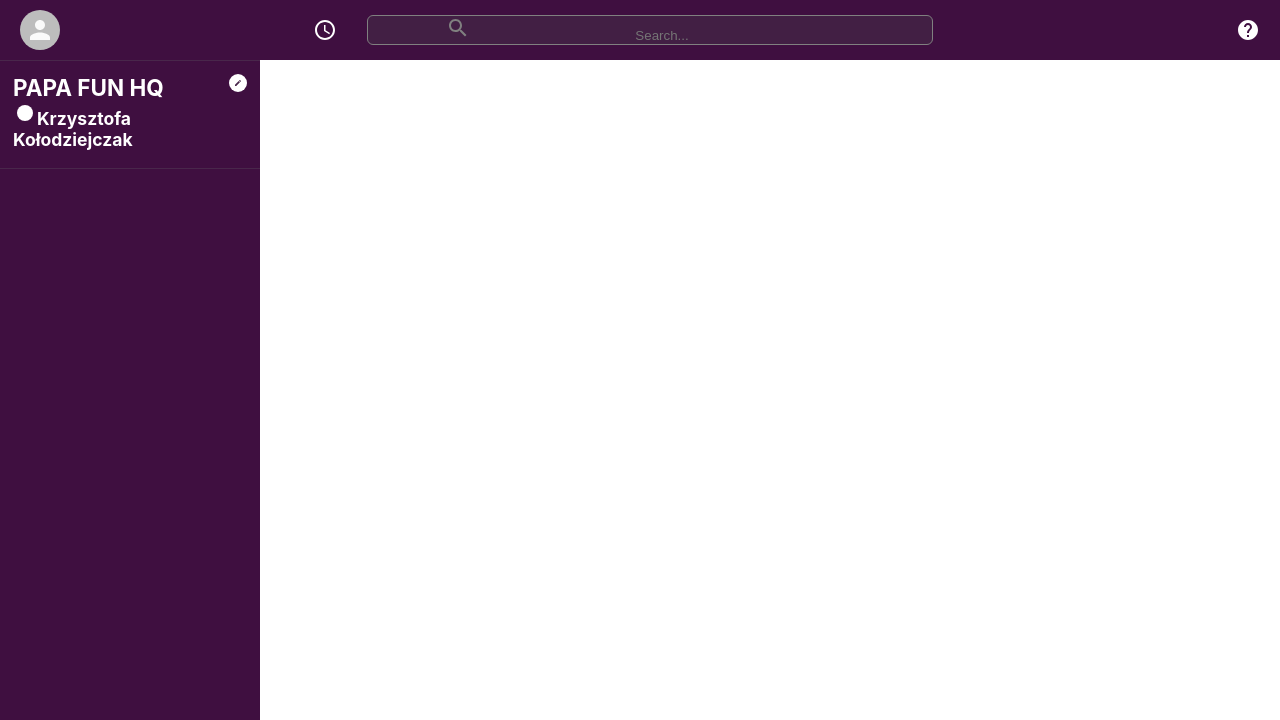
Repository: KrzysKolo/slackClone
Page: /
An editor plug-in stored every save of this project. The page is shown before and after the next save, followed by the edit.
The browser window is 1280 px wide. The pictures show the whole page.
The project was rebuilt for these pictures with package versions that can differ from the ones it lists, and the page was loaded fresh each time. Also part of the build but not shown: src/App.css, src/pages/About/About.js.

Above is the page before, as saved 2021-12-27 14:44:23.

After the next save:
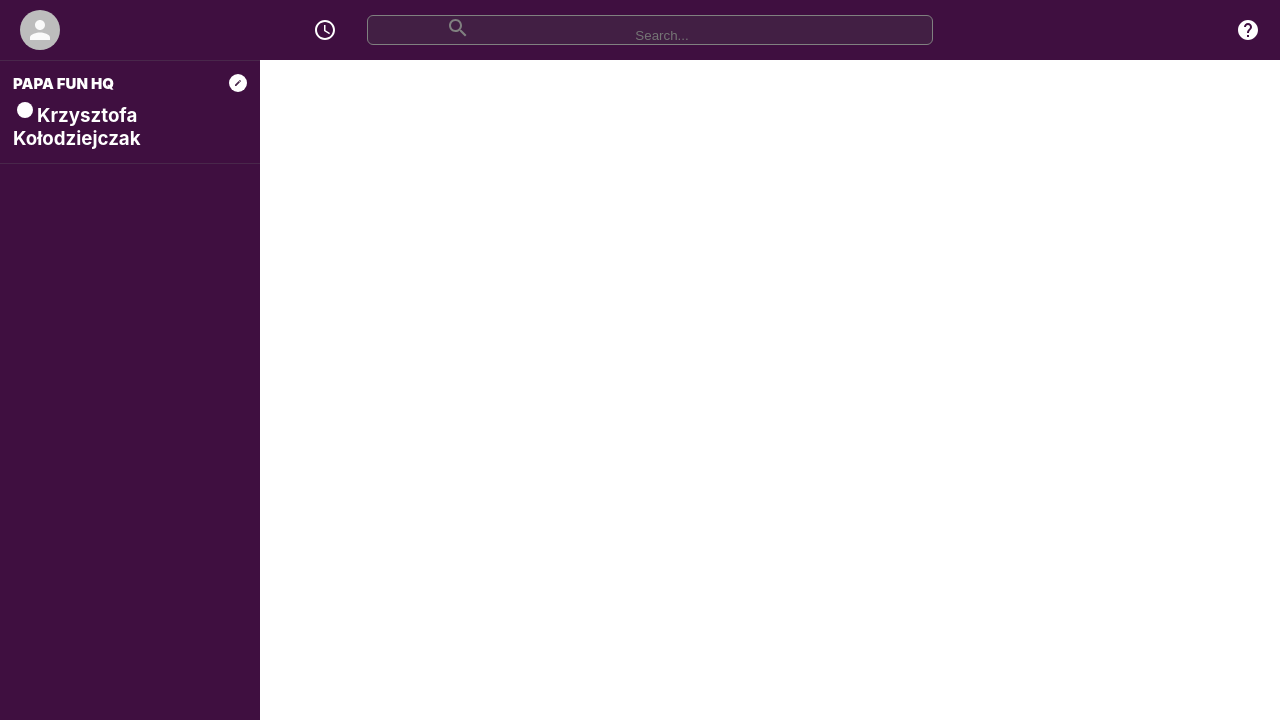
Saved 50 s later.
--- a/src/components/Sidebar/style.js
+++ b/src/components/Sidebar/style.js
@@ -24,7 +24,9 @@ export const SidebarHead = styled.div`
 
 export const SidebarInfo = styled.div`
   flex: 1;
+  > h2 {
   font-size: 15px;
   font-weight: 900;
   margin-bottom: 5px;
+  }
 `;
